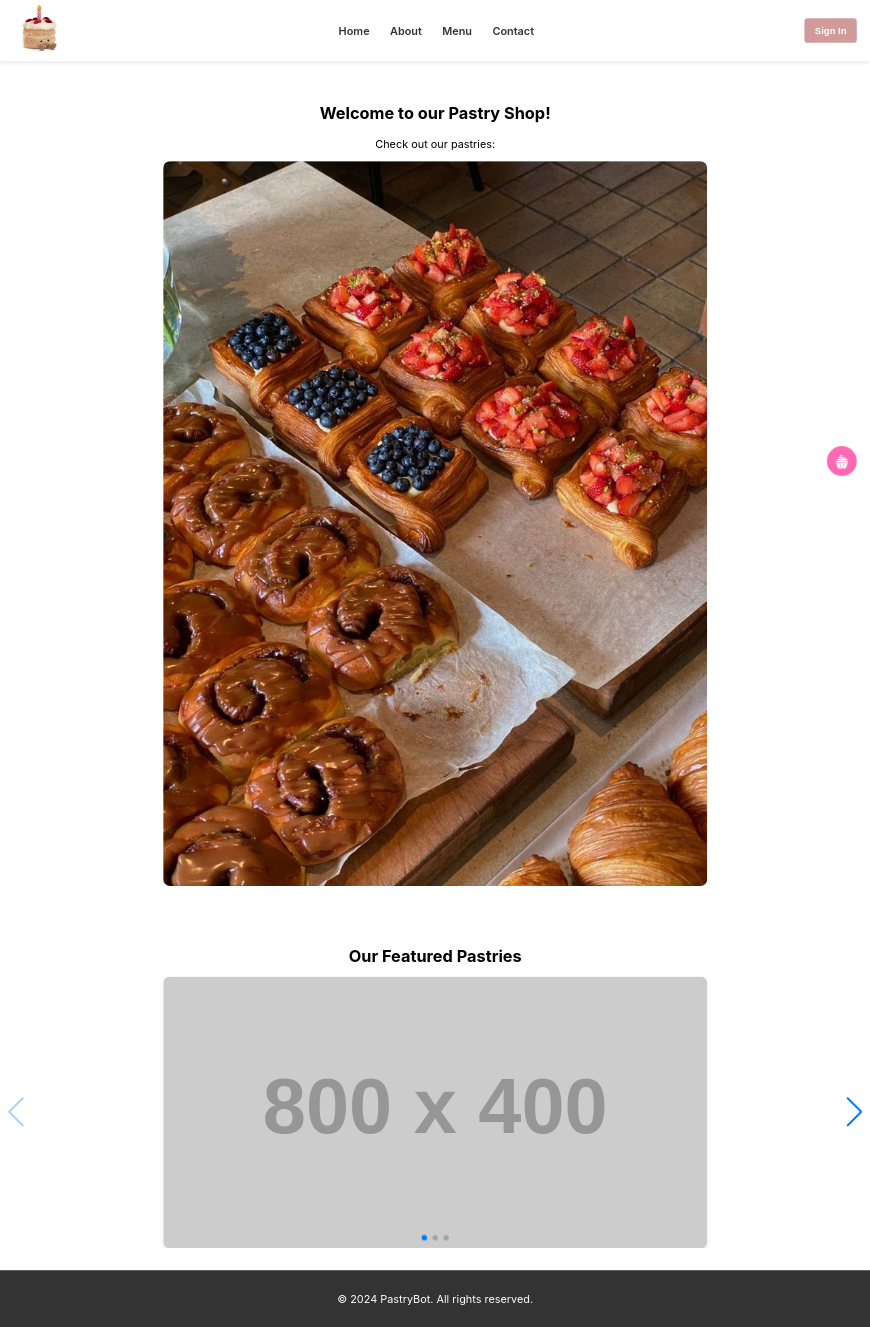
Repository: agrnerd17/Website-Chatbot
Page: / (app in pastry-chatbot/)
An editor plug-in stored every save of this project. The page is shown before and after the next save, followed by the edit.
The browser window is 1280 px wide. The pictures show the whole page, at 68% of full size.
The project was rebuilt for these pictures with package versions that can differ from the ones it lists, and the page was loaded fresh each time. Also part of the build but not shown: pastry-chatbot/src/components/Chatbot.js.

Above is the page before, as saved 2024-12-09 22:00:20.

### pastry-chatbot/src/App.js
import React, { useState } from "react";
import Chatbot from "./components/Chatbot";
import Navbar from "./components/Navbar";
import "./styles/Navbar.css";
import PastryBot from "./components/PastryBot";
import Homepage from "./components/Homepage";

function App() {
  const [isChatbotOpen, setIsChatbotOpen] = useState(false); // State to control chatbot visibility

  const toggleChatbot = () => {
    setIsChatbotOpen(!isChatbotOpen); // Toggle the chatbot visibility
  };

  return (
    <div className="App">
      {/* Navbar */}
      <Navbar />

      {/* Homepage as main content */}
      <main style={{ marginTop: "100px" }}>
        <Homepage />
      </main>

      {/* Conditionally render the Chatbot */}
      {isChatbotOpen && <Chatbot />}

      {/* Pastrybot UI */}
      <div
        style={{
          position: "fixed",
          bottom: "20px",
          right: "20px",
          zIndex: 1000,
        }}
      >
        <PastryBot />
      </div>
    </div>
  );
}

export default App;

### pastry-chatbot/src/components/Navbar.js
import React from "react";
import "../styles/Navbar.css"; // Make sure this path is correct
import logo from "../assets/pastry_bot_icon.jpg";

const Navbar = () => {
  return (
    <nav className="navbar">
      {/* Logo */}
      <div className="navbar-logo">
        <img src={logo} alt="Pastry Logo" />
      </div>

      {/* Menu */}
      <ul className="navbar-menu">
        <li>Home</li>
        <li>About</li>
        <li>Menu</li>
        <li>Contact</li>
      </ul>

      {/* Right Action (e.g., Sign In or Cart) */}
      <div className="navbar-right">
        <button className="navbar-button">Sign In</button>
        {/* Optional cart icon */}
        {/* <i className="fas fa-shopping-cart"></i> */}
      </div>
    </nav>
  );
};

export default Navbar;

### pastry-chatbot/src/styles/Navbar.css
.navbar {
    height: 90px;
    display: flex;
    justify-content: space-between;
    align-items: center;
    padding: 0px 20px;
    background-color: #ffffff;
    box-shadow: 0 2px 5px rgba(0, 0, 0, 0.1);
    position: fixed;
    width: 100%;
    top: 0;
    z-index: 1000;
    box-sizing: border-box;
    overflow: hidden;
  }

  /* Logo styling */
  .navbar-logo img {
    height: 80px;
    width: auto;
  }

  /* Menu styling */
  .navbar-menu {
    display: flex;
    gap: 30px;
    list-style: none;
    margin: 0;
    padding: 0;
  }

  .navbar-menu li {
    font-size: 16px;
    font-weight: 600;
    color: #333333;
    cursor: pointer;
    transition: color 0.3s;
  }

  .navbar-menu li:hover {
    color: #d19a9b; /* Light pink color */
  }

  /* Right action (e.g., button or icon) */
  .navbar-right {
    display: flex;
    align-items: center;
    gap: 20px;
  }

  .navbar-button {
    background-color: #d19a9b; /* Light pink color */
    color: #ffffff;
    border: none;
    padding: 10px 15px;
    border-radius: 5px;
    font-size: 14px;
    font-weight: 600;
    cursor: pointer;
    transition: background-color 0.3s;
    white-space: nowrap; /* Prevent text wrap */
  }

  .navbar-button:hover {
    background-color: #c08888; /* Slightly darker pink */
  }

  /* Media query for responsiveness */
  @media (max-width: 768px) {
    .navbar-menu {
      display: none; /* Hide menu on smaller screens */
    }

    .navbar-right {
      gap: 10px;
    }

    .navbar {
      padding: 10px 15px; /* Reduce padding on smaller screens */
    }
  }

  @media (max-width: 480px) {
    .navbar-button {
      font-size: 12px;
      padding: 8px 10px; /* Smaller button for small screens */
    }

    .navbar-logo img {
      height: 100px; /* Resize logo */
      width: auto;
      max-height: 150px;
    }
  }

### pastry-chatbot/src/components/PastryBot.js
import React, { useState, useEffect, useRef } from "react";
import {
  Box,
  Paper,
  TextField,
  IconButton,
  Typography,
  Avatar,
  Stack,
  Container
} from "@mui/material";
import { styled } from "@mui/system";
import { FiSend } from "react-icons/fi";
import { GiCupcake } from "react-icons/gi";
import { getChatbotResponse } from "../api/cohereAPI"; // Adjust the import if needed

// Styled components for layout
const ChatContainer = styled(Paper)(({ theme }) => ({
  position: "fixed",
  bottom: "20px", // Position it at the bottom right corner
  right: "20px", // Right corner of the screen
  width: "350px", // Adjust width for better fit
  maxWidth: "400px",
  height: "450px", // Adjust height if needed
  borderRadius: "16px",
  display: "flex",
  flexDirection: "column",
  boxShadow: "0 4px 20px rgba(0, 0, 0, 0.1)",
  backgroundColor: "#fff",
  zIndex: 999, // Ensure it floats on top of other content
}));

const MessageContainer = styled(Box)({
  flex: 1,
  overflowY: "auto",
  padding: "16px",
  display: "flex",
  flexDirection: "column",
  gap: "12px",
  maxHeight: "350px", // Ensure the chat area doesn't overflow
});

const InputContainer = styled(Box)({
  padding: "16px",
  borderTop: "1px solid rgba(0, 0, 0, 0.1)",
  display: "flex",
  gap: "8px",
  backgroundColor: "#fff",
  alignItems: "center",
});

const Header = styled(Box)({
  padding: "16px",
  backgroundColor: "#FF69B4", // Adjusted for a more vibrant look
  color: "white",
  display: "flex",
  alignItems: "center",
  gap: "12px",
});

const PastryBot = () => {
  const [messages, setMessages] = useState([]);
  const [input, setInput] = useState("");
  const [chatOpen, setChatOpen] = useState(false); // New state to toggle chat window visibility
  const messagesEndRef = useRef(null);

  const scrollToBottom = () => {
    messagesEndRef.current?.scrollIntoView({ behavior: "smooth" });
  };

  useEffect(() => {
    scrollToBottom();
  }, [messages]);

  const handleSend = async (e) => {
    e.preventDefault();
    if (!input.trim()) return;

    const newMessage = {
      text: input,
      sender: "user",
      time: new Date().toLocaleTimeString([], { hour: "2-digit", minute: "2-digit" })
    };

    setMessages((prev) => [...prev, newMessage]);
    setInput("");

    try {
      const response = await getChatbotResponse(input); // Call Cohere API to get the bot's response
      const botMessage = {
        text: response,
        sender: "bot",
        time: new Date().toLocaleTimeString([], { hour: "2-digit", minute: "2-digit" }),
      };
      setMessages((prev) => [...prev, botMessage]);
    } catch (error) {
      console.error("Error with Cohere API:", error);
    }
  };

  const toggleChat = () => {
    setChatOpen((prev) => !prev); // Toggle the chat window visibility
  };

  return (
    <Container sx={{ display: "flex", justifyContent: "center", p: 3 }}>
      {chatOpen ? (
        <ChatContainer>
          <Header>
            <Avatar sx={{ backgroundColor: "#FF1493" }}>
              <GiCupcake size={24} />
            </Avatar>
            <Typography variant="h6">Pastry Bot</Typography>
            <IconButton
              onClick={toggleChat} // Close the chat when clicked
              sx={{ ml: "auto", color: "white" }}
            >
              X
            </IconButton>
          </Header>

          <MessageContainer>
            {messages.map((message, index) => (
              <Stack
                key={index}
                direction="row"
                justifyContent={message.sender === "user" ? "flex-end" : "flex-start"}
                alignItems="center"
                spacing={1}
              >
                {message.sender === "bot" && (
                  <Avatar sx={{ bgcolor: "#FF69B4", width: 32, height: 32 }}>
                    <GiCupcake size={16} />
                  </Avatar>
                )}
                <Box>
                  <Typography
                    variant="body1"
                    sx={{
                      maxWidth: "280px",
                      padding: "8px 12px",
                      borderRadius: "16px",
                      backgroundColor: message.sender === "user" ? "#FF69B4" : "#f0f0f0",
                      color: message.sender === "user" ? "white" : "black",
                    }}
                  >
                    {message.text}
                  </Typography>
                  <Typography variant="caption" color="textSecondary" sx={{ pl: 1 }}>
                    {message.time}
                  </Typography>
                </Box>
              </Stack>
            ))}
            <div ref={messagesEndRef} />
          </MessageContainer>

          <InputContainer>
            <TextField
              fullWidth
              variant="outlined"
              placeholder="Type your message..."
              value={input}
              onChange={(e) => setInput(e.target.value)}
              onKeyPress={(e) => e.key === "Enter" && handleSend(e)}
              size="small"
            />
            <IconButton
              onClick={handleSend}
              color="primary"
              sx={{ backgroundColor: "#FF69B4", "&:hover": { backgroundColor: "#FF1493" } }}
            >
              <FiSend style={{ color: "white" }} />
            </IconButton>
          </InputContainer>
        </ChatContainer>
      ) : (
        <IconButton
          onClick={toggleChat} // Open the chat when clicked
          sx={{
            position: "fixed",
            bottom: "20px",
            right: "20px",
            backgroundColor: "#FF69B4",
            color: "white",
            borderRadius: "50%",
            padding: "10px",
            zIndex: 9999,
          }}
        >
          <GiCupcake size={24} />
        </IconButton>
      )}
    </Container>
  );
};

export default PastryBot;

### pastry-chatbot/src/components/Homepage.js
import React from 'react';
import { Swiper, SwiperSlide } from "swiper/react";
import { Navigation, Pagination, Autoplay } from "swiper/modules"; // Updated path for modules
import "swiper/css";
import "swiper/css/navigation";
import "swiper/css/pagination";
import main_pastry from "../assets/main_pastry.jpg";


const Homepage = () => {
    const carouselStyle = {
        width: '100%',
        maxWidth: '800px',
        margin: '0 auto',
        padding: '20px 0',
      };

      const slideContainerStyle = {
        display: 'flex',
        justifyContent: 'center',
        alignItems: 'center',
        width: '100%',
      };

      const imageStyle = {
        maxWidth: '100%',
        maxHeight: '400px',
        objectFit: 'contain',
        borderRadius: '10px',
        boxShadow: '0 4px 6px rgba(0, 0, 0, 0.1)',
      };
  return (

    <div>
      {/* Hero Section */}
      <section style={{ textAlign: 'center', padding: '2rem 0', backgroundColor: '#0000' }}>
        <h1>Welcome to our Pastry Shop!</h1>
        <p>Check out our pastries:</p>
        <img
          src={main_pastry}
          alt="Delicious Pastries"
          style={{ width: '100%', maxWidth: '800px', borderRadius: '10px' }}
        />
      </section>

      {/* Swiper Carousel Section */}
      <section style={{ padding: '2rem 0', backgroundColor: '#fff' }}>
        <h2 style={{ textAlign: 'center', marginBottom: '1rem' }}>Our Featured Pastries</h2>
        <Swiper
          modules={[Navigation, Pagination]}
          navigation
          pagination={{ clickable: true }}
          spaceBetween={20}
          slidesPerView={1}
        >
           <SwiperSlide style={slideContainerStyle}>
            <img
              src="https://via.placeholder.com/800x400.png?text=Pastry+1"
              alt="Pastry 1"
              style={imageStyle}
            />
          </SwiperSlide>
          <SwiperSlide style={slideContainerStyle}>
            <img
              src="https://via.placeholder.com/800x400.png?text=Pastry+2"
              alt="Pastry 2"
              style={imageStyle}
            />
          </SwiperSlide>
          <SwiperSlide style={slideContainerStyle}>
            <img
              src="https://via.placeholder.com/800x400.png?text=Pastry+3"
              alt="Pastry 3"
              style={imageStyle}
            />
          </SwiperSlide>
        </Swiper>
      </section>

      {/* Footer */}
      <footer style={{ backgroundColor: '#333', color: '#fff', padding: '1rem 0', textAlign: 'center' }}>
        <p>&copy; 2024 PastryBot. All rights reserved.</p>
      </footer>
    </div>
  );
};

export default Homepage;

### pastry-chatbot/src/api/cohereAPI.js
import axios from "axios";

const COHERE_API_KEY = process.env.REACT_APP_COHERE_API_KEY; // Load API key from .env file

/**
 * Fetch chatbot response from Cohere's API
 * @param {string} prompt - User's input message
 * @returns {Promise<string>} - Chatbot's response
 */
export async function getChatbotResponse(prompt) {
  try {
    const response = await axios.post(
      "https://api.cohere.ai/v1/generate",
      {
        model: "command-xlarge-nightly",
        prompt: prompt,
        max_tokens: 100,
        temperature: 0.7,
      },
      {
        headers: {
          Authorization: `Bearer ${COHERE_API_KEY}`,
          "Content-Type": "application/json",
        },
      }
    );
    return response.data.generations[0].text.trim();
  } catch (error) {
    console.error("Error with Cohere API:", error.message);
    return "Oops! Something went wrong. Please try again.";
  }
}

Loaded but not shown: pastry-chatbot/public/index.html (common file); pastry-chatbot/src/index.js (common file); pastry-chatbot/src/index.css (common file); pastry-chatbot/src/reportWebVitals.js (common file)

After the next save:
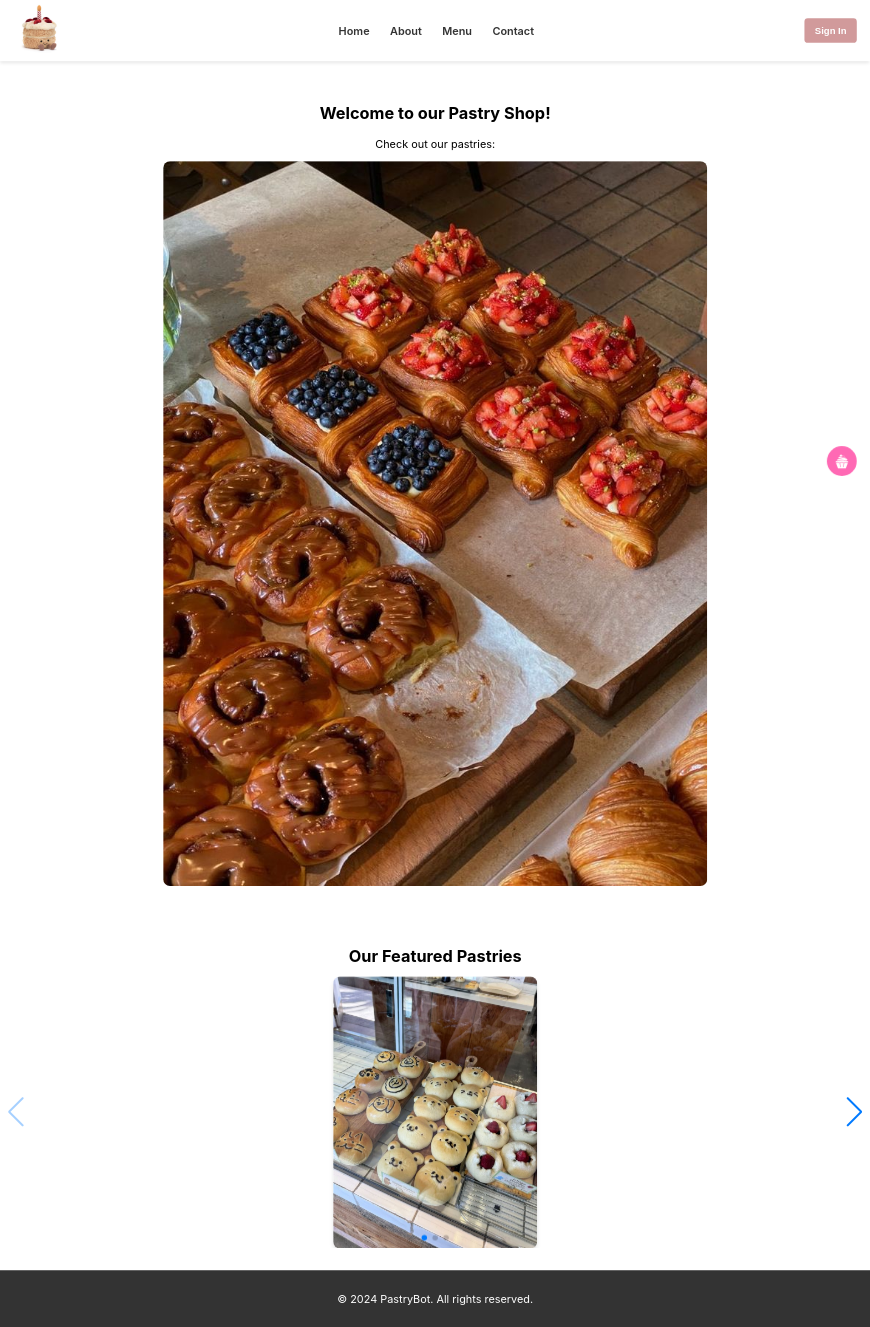
Saved 3 min 14 s later.
--- a/pastry-chatbot/src/components/Homepage.js
+++ b/pastry-chatbot/src/components/Homepage.js
@@ -5,6 +5,9 @@ import "swiper/css";
 import "swiper/css/navigation";
 import "swiper/css/pagination";
 import main_pastry from "../assets/main_pastry.jpg";
+import pastry_one from "../assets/pastry_1.jpg";
+import pastry_two from "../assets/pastry_2.jpg";
+import pastry_three from "../assets/pastry_3.jpg";
 
 
 const Homepage = () => {
@@ -55,21 +58,21 @@ const Homepage = () => {
         >
            <SwiperSlide style={slideContainerStyle}>
             <img
-              src="https://via.placeholder.com/800x400.png?text=Pastry+1"
+              src={pastry_one}
               alt="Pastry 1"
               style={imageStyle}
             />
           </SwiperSlide>
           <SwiperSlide style={slideContainerStyle}>
             <img
-              src="https://via.placeholder.com/800x400.png?text=Pastry+2"
+              src={pastry_two}
               alt="Pastry 2"
               style={imageStyle}
             />
           </SwiperSlide>
           <SwiperSlide style={slideContainerStyle}>
             <img
-              src="https://via.placeholder.com/800x400.png?text=Pastry+3"
+              src={pastry_three}
               alt="Pastry 3"
               style={imageStyle}
             />
